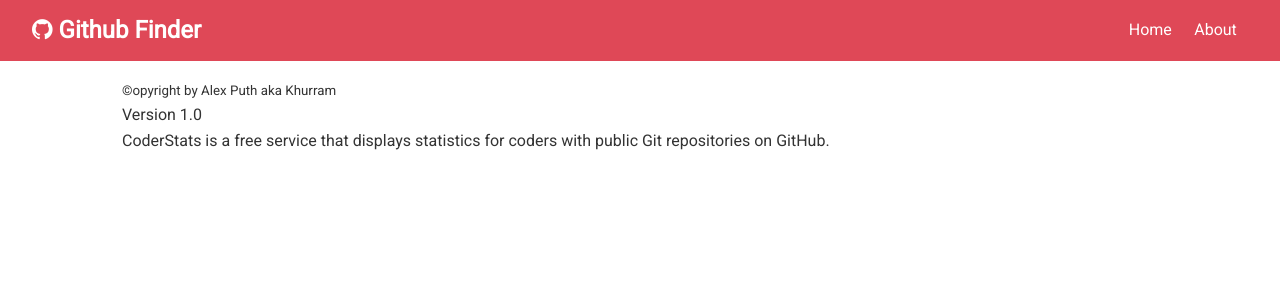
Repository: Abbaskhurram255/github-finder
Page: /about
The author's editor kept a copy of each file at every save. The page is drawn from the files as they stood at one save, then again after the next save.
The browser window is 1280 px wide. The pictures show the whole page.
The page's requests for data from a server got no answer. The project was rebuilt for these pictures with package versions that can differ from the ones it lists, and the page was loaded fresh each time. No one was signed in, and anything a server would have sent is missing. Also part of the build but not shown: src/components/repos/RepoItem.js, src/components/repos/Repos.js, src/components/users/User.js, src/components/layout/Alert.js, src/components/users/Search.js, src/components/users/UserItem.js, src/components/users/Users.js, src/components/pages/Home.js and 1 more. Imported but missing from the stored project, and not drawn on this page: src/components/layout/Spinner.

Above is the page before, as saved 2020-12-19 22:06:56.

After the next save:
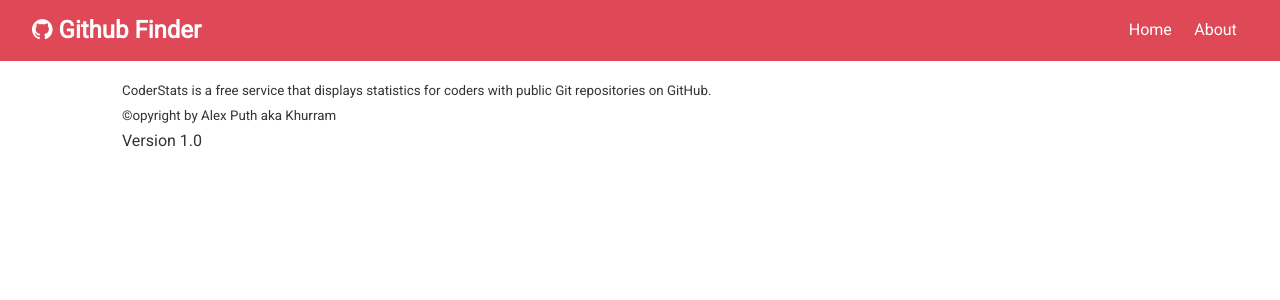
Saved 26 s later.
--- a/src/components/pages/About.js
+++ b/src/components/pages/About.js
@@ -3,9 +3,9 @@
 const About = () => {
   return (
     <Fragment>
-      <small id='ab'>&copy;opyright by Alex Puth aka Khurram</small><br />
+      <small id='ab'>CoderStats is a free service that displays statistics for coders with public Git repositories on GitHub.<br />&copy;opyright by Alex Puth aka Khurram</small><br />
       <p>Version 1.0</p>
-      CoderStats is a free service that displays statistics for coders with public Git repositories on GitHub.
+
     </Fragment>
   );
 };
